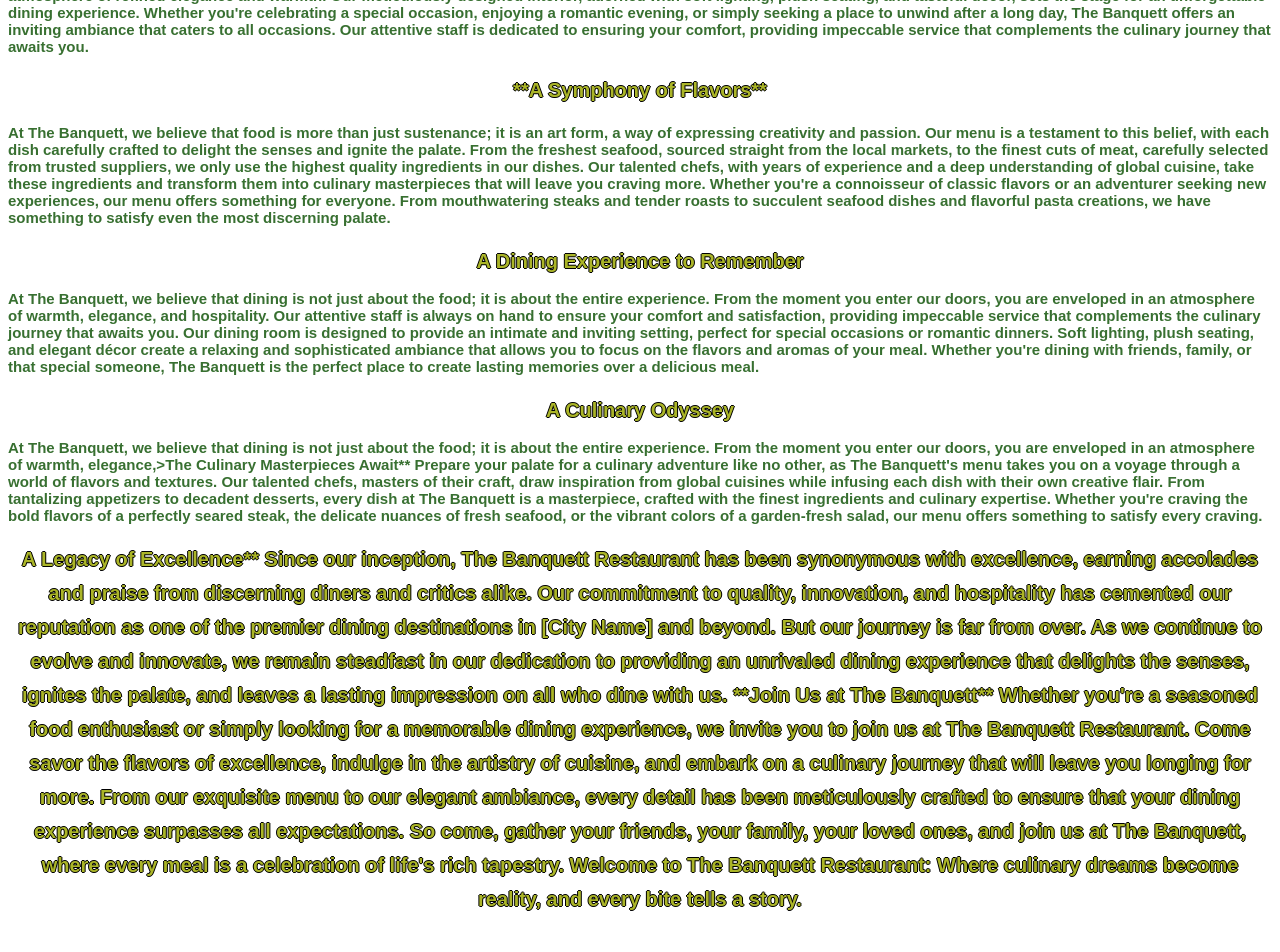
Repository: moinakhere/Restaurant
Page: Web face/home_page.html
The author's editor kept a copy of each file at every save. The page is drawn from the files as they stood at one save, then again after the next save.
The browser window is 1280 px wide. The pictures show the part of the page from y = 1044 to 1996 px (the page is 1996 px tall before and 1807 px after).

Above is the page before, as saved 2024-04-07 22:20:48.

### Web face/home_page.html
<!DOCTYPE html>
<html/ lang="en"/>
<head/>
	<title>The Banquet Restaurant</title>
  <meta charset="utf-8">"
  <link rel="stylesheet" href="style.css">
  <meta name="viewport" content="width=device-width, initial-scale=1.0">
<body/>
  <p/><h1 class="p1"/>Welcome to The Banquet Restaurant
  <p/><h4 class="p2"/>Please select your table
  <form/>
    <input type="button" value="Table 1" onclick="window.location.href='table1.html'" target="_blank" class="button"/><br>
    <input type="button" value="Table 2" onclick="window.location.href='table2.html'" target="_blank" class="button"/><br>
    <input type="button" value="Table 3" onclick="window.location.href='table3.html'" target="_blank" class="button"/><br>
    <input type="button" value="Table 4" onclick="window.location.href='table4.html'" target="_blank" class="button"/><br>
    <input type="button" value="Table 5" onclick="window.location.href='table5.html'" target="_blank" class="button"/><br>
    <input type="button" value="Table 6" onclick="window.location.href='table6.html'" target="_blank" class="button"/><br>
  <img src="https://wallpapercave.com/wp/wp1874173.jpg" alt="The Banquet Restaurant" class="img1"/>
  <img src="https://media.timeout.com/images/105239239/image.jpg" alt="The Banquet Restaurant" class="img2"/><br>
  <strong class="head">Welcome to The Banquett Restaurant: A Culinary Odyssey<br></strong>
  <p class="body">
  Welcome, esteemed patrons, to The Banquett Restaurant, where gastronomic delights meet elegance in a symphony of flavors
  and ambiance. Nestled in the heart of Kolkata, The Banquett is more than just a restaurant; it is an experience, a
  journey through the artistry of cuisine. As you step through our doors, prepare to embark on a culinary odyssey like no other.
  The Banquett is not merely a place to dine; it is a sanctuary for food enthusiasts, a haven where passion for cooking meets dedication to service.</p>

  <strong class="head">A Fusion of Elegance and Comfort<br></strong>
  <p class="body">
  At The Banquett, we believe that dining is not just about the food; it is an experience that encompasses every sense.
  From the moment you enter, you are enveloped in an atmosphere of refined elegance and warmth. Our meticulously designed
  interior, adorned with soft lighting, plush seating, and tasteful décor, sets the stage for an unforgettable dining
  experience.
  Whether you're celebrating a special occasion, enjoying a romantic evening, or simply seeking a place to unwind after a
  long day, The Banquett offers an inviting ambiance that caters to all occasions. Our attentive staff is dedicated to
  ensuring your comfort, providing impeccable service that complements the culinary journey that awaits you.
  </p>
  <strong class="head">**A Symphony of Flavors**</p>
  <p class="body">
  At The Banquett, we believe that food is more than just sustenance; it is an art form, a way of expressing creativity
  and passion. Our menu is a testament to this belief, with each dish carefully crafted to delight the senses and ignite
  the palate.

  From the freshest seafood, sourced straight from the local markets, to the finest cuts of meat, carefully selected from
  trusted suppliers, we only use the highest quality ingredients in our dishes. Our talented chefs, with years of experience
  and a deep understanding of global cuisine, take these ingredients and transform them into culinary masterpieces that
  will leave you craving more.

  Whether you're a connoisseur of classic flavors or an adventurer seeking new experiences, our menu offers something
  for everyone. From mouthwatering steaks and tender roasts to succulent seafood dishes and flavorful pasta creations,
  we have something to satisfy even the most discerning palate.</p>

<strong class="hand">A Dining Experience to Remember</strong>
  <p class="body">
  At The Banquett, we believe that dining is not just about the food; it is about the entire experience. From the moment you
  enter our doors, you are enveloped in an atmosphere of warmth, elegance, and hospitality. Our attentive staff is always
  on hand to ensure your comfort and satisfaction, providing impeccable service that complements the culinary journey that
  awaits you.

  Our dining room is designed to provide an intimate and inviting setting, perfect for special occasions or romantic dinners.
  Soft lighting, plush seating, and elegant décor create a relaxing and sophisticated ambiance that allows you to focus on
  the flavors and aromas of your meal.

  Whether you're dining with friends, family, or that special someone, The Banquett is the perfect place to create lasting
  memories over a delicious meal.
  </p>
  <strong class="head">A Culinary Odyssey</strong>
  <p class="body">
  At The Banquett, we believe that dining is not just about the food; it is about the entire experience. From the moment you
  enter our doors, you are enveloped in an atmosphere of warmth, elegance,>The Culinary Masterpieces Await**

  Prepare your palate for a culinary adventure like no other, as The Banquett's menu takes you on a voyage through a world
  of flavors and textures. Our talented chefs, masters of their craft, draw inspiration from global cuisines while
  infusing each dish with their own creative flair.

  From tantalizing appetizers to decadent desserts, every dish at The Banquett is a masterpiece, crafted with the finest
  ingredients and culinary expertise. Whether you're craving the bold flavors of a perfectly seared steak, the delicate
  nuances of fresh seafood, or the vibrant colors of a garden-fresh salad, our menu offers something to satisfy every
  craving.</p>

  A Legacy of Excellence**

  Since our inception, The Banquett Restaurant has been synonymous with excellence, earning accolades and praise from
  discerning diners and critics alike. Our commitment to quality, innovation, and hospitality has cemented our reputation
  as one of the premier dining destinations in [City Name] and beyond.

  But our journey is far from over. As we continue to evolve and innovate, we remain steadfast in our dedication to
  providing an unrivaled dining experience that delights the senses, ignites the palate, and leaves a lasting impression
  on all who dine with us.

  **Join Us at The Banquett**

  Whether you're a seasoned food enthusiast or simply looking for a memorable dining experience, we invite you to join us
  at The Banquett Restaurant. Come savor the flavors of excellence, indulge in the artistry of cuisine, and embark on a
  culinary journey that will leave you longing for more.

  From our exquisite menu to our elegant ambiance, every detail has been meticulously crafted to ensure that your dining
  experience surpasses all expectations. So come, gather your friends, your family, your loved ones, and join us at The
  Banquett, where every meal is a celebration of life's rich tapestry.

  Welcome to The Banquett Restaurant: Where culinary dreams become reality, and every bite tells a story.
  <div class="bg-img"/>

### Web face/style.css
.button {
  background-color: #ed5f0d;
  color: rgb(255, 255, 255);
  border: 1px solid rgb(21, 154, 200);
  border-radius: 20px;
  text-align: center;
  text-decoration: none;
  display: inline-block;
  font-size: 16px;
  margin: 4px 2px;
  cursor: pointer;
  padding: 15px 32px;
  width: 200px;
  height: 50px;
  font-family: Arial, Helvetica, sans-serif;
  box-shadow: 0 8px 20px 0 rgba(141, 66, 66, 0.835), 0 8px 20px 0 rgba(0,0,0,0.19);
  transition: height 0.4s, width 0.4s, font-size 0.4s, opacity 0.4s, background-color 0.4s, color 0.4s, box-shadow 0.4s;
}

.button:hover {
  background-color: #e87938;
  color: rgb(241, 225, 225);
  font-size: 20px;
  width: 210px;
  height: 52px;
  opacity: 0.8;
  box-shadow: 10px 12px 40px 2px rgba(141, 66, 66, 0.835), 0 8px 20px 0 rgba(0, 0, 0, 0.19);
  transition: height 0.4s, width 0.4s, font-size 0.4s, opacity 0.4s, background-color 0.4s, color 0.4s, box-shadow 0.4s;
}

.button:active {
  background-color: #f49a66;
  color: rgb(0, 0, 0);
  font-size: 20px;
  width: 210px;
  height: 52px;
  opacity: 0.5;
  box-shadow: 10px 12px 40px 2px rgba(141, 66, 66, 0.835), 0 8px 20px 0 rgba(0, 0, 0, 0.19);
}


.p1 {
  color: rgb(21, 154, 200);
  font-size: 50px;
  text-align: center;
  font-family: Arial, Helvetica, sans-serif;
  text-shadow: 1px 0px 0px rgb(71, 53, 100),
       -1px 0px 0px rgb(71, 53, 100),
       0px 1px 0px rgb(71, 53, 100),
       0px -1px 0px rgb(71, 53, 100);
}

.p2 {
  color: rgb(255, 0, 0);
  font-size: 30px;
  text-align: center;
  font-family: Arial, Helvetica, sans-serif;
  text-shadow: 1px 0px 0px rgb(0, 0, 0),
       -1px 0px 0px rgb(0, 0, 0),
       0px 1px 0px rgb(0, 0, 0),
       0px -1px 0px rgb(0, 0, 0);
}
form {
  text-align: center;
}
.img1{
    margin-top: 50px;
    margin-bottom: 50px;
    height: 200px;
    width: 600px;
    border-radius: 20px;
    opacity:0.7;
    float: left;
}

.img2{
    margin-top: 50px;
    margin-bottom: 50px;
    height: 200px;
    width: 600px;
    border-radius: 20px;
    opacity:0.7;
    float: right;
}

.bg-img {
  background-size: cover;
  background-repeat: no-repeat;
  background-position: center;
  position: fixed;
  top: 0;
  left: 0;
  right: 0;
  z-index: -1;
  width: 100%;
  filter: blur(8px);
  -webkit-filter: blur(8px);
  height: 100%;
  opacity: 0.65;
  background-image:url("https://th.bing.com/th/id/R.0f5e04ec66d7a6e19795b0c312ef17aa?rik=clY31xOlb2k4tw&riu=http%3a%2f%2feskipaper.com%2fimages%2ftable-flowers-background-1.jpg&ehk=s5m89hxCVKBmLwq4SgL5qT0mezcRFp9jrse8FoQV%2btg%3d&risl=&pid=ImgRaw&r=0")
}
.Menu{
  text-align: center;
  font-size:30px;
  font-family:Arial, Helvetica, sans-serif;
  text-shadow:1px 0px 0px rgb(93, 36, 36),
  -1px 0px 0px rgb(93, 36, 36),
  0px 1px 0px rgb(93, 36, 36),
  0px -1px 0px rgb(93, 36, 36);
  font-weight: 'italic';
  color: rgba(48, 166, 179, 0.817);
}
.body{
  font-size: 15px;
  font-family: Arial, Helvetica, sans-serif;
  color: rgb(56, 112, 49);
  text-shadow: none;
  text-align: left;
}
.head{
  font-size: 20px;
  font-family: Arial, Helvetica, sans-serif;
  color: rgb(171, 181, 40);
  font-weight: 'bold';
  text-align: left;
}

After the next save:
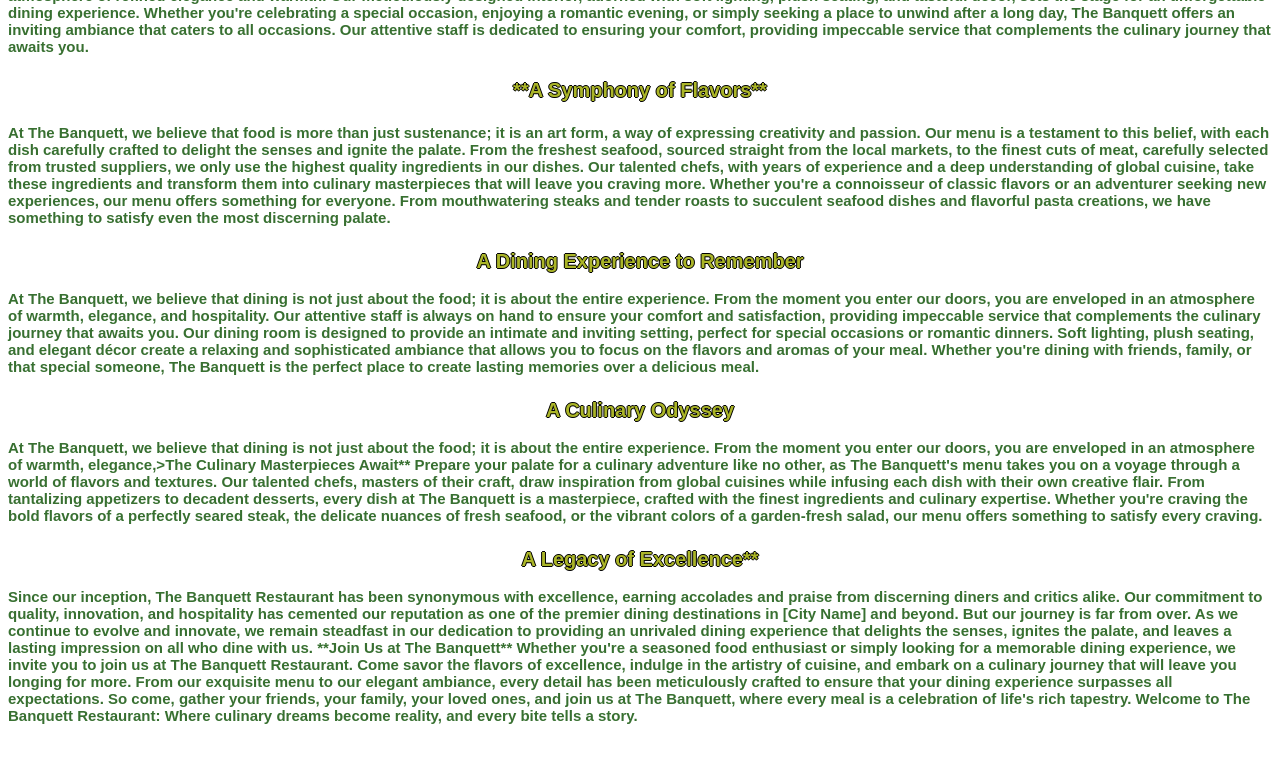
Saved 83 s later.
--- a/Web face/home_page.html
+++ b/Web face/home_page.html
@@ -77,7 +77,8 @@
   nuances of fresh seafood, or the vibrant colors of a garden-fresh salad, our menu offers something to satisfy every
   craving.</p>
 
-  A Legacy of Excellence**
+  <strong class="head">A Legacy of Excellence</strong>**
+  <p class="body">
 
   Since our inception, The Banquett Restaurant has been synonymous with excellence, earning accolades and praise from
   discerning diners and critics alike. Our commitment to quality, innovation, and hospitality has cemented our reputation
@@ -97,5 +98,5 @@
   experience surpasses all expectations. So come, gather your friends, your family, your loved ones, and join us at The
   Banquett, where every meal is a celebration of life's rich tapestry.
 
-  Welcome to The Banquett Restaurant: Where culinary dreams become reality, and every bite tells a story.
+  Welcome to The Banquett Restaurant: Where culinary dreams become reality, and every bite tells a story.</p>
   <div class="bg-img"/>
